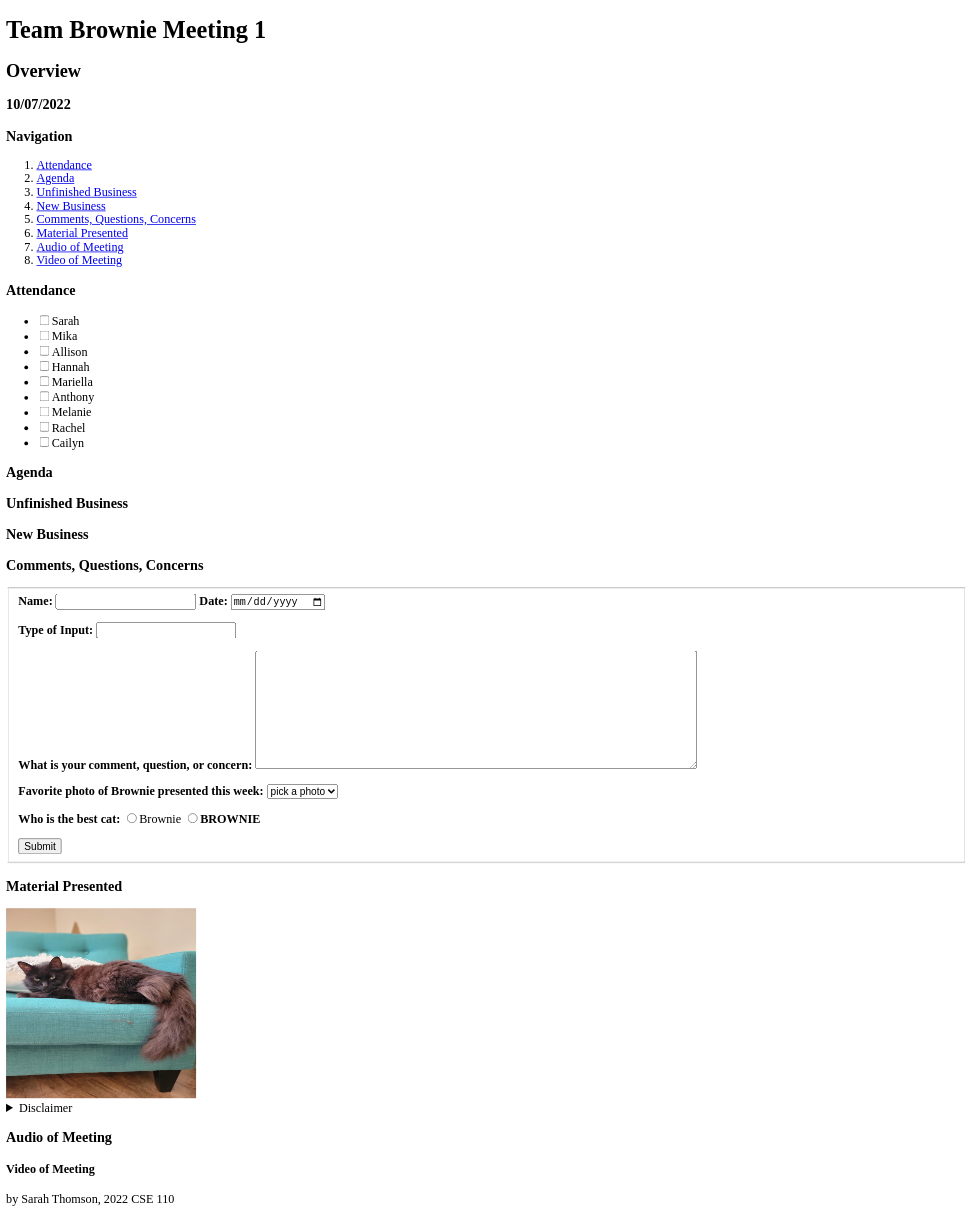
Repository: sarahtthomson/fa22-cse110-lab3
Page: index.html
These files come from the project's save history. The page is drawn as it stood at one moment and after the next save; the edit follows.
The browser window is 1280 px wide. The pictures show the whole page, at 76% of full size.

Above is the page before, as saved 2022-10-08 18:45:30.

### index.html
<!DOCTYPE html>
<html lang="en">
    <head>
        <Title>Team Brownie</Title>
        <meta name="description" content="Meeting minutes for Team Brownie">
        <link rel="icon" href="favicon.ico">
    </head>
    <body>
        <header>
            <h1>Team Brownie Meeting 1</h1>
            <h2>Overview</h2>
            <h3>10/07/2022</h3>
        </header>
        <main>
            <nav class="nav">
                <h3>Navigation</h4>
                <ol>
                    <li><a href="#Attendance" >Attendance</a></li>
                    <li><a href="#Agenda">Agenda</a></li>
                    <li><a href="#Unfinished">Unfinished Business</a></li>
                    <li><a href="#New">New Business</a></li>
                    <li><a href="#Comments">Comments, Questions, Concerns</a></li>
                    <li><a href="#Material">Material Presented</a></li>
                    <li><a href="#Audio">Audio of Meeting</a></li>
                    <li><a href="#Video">Video of Meeting</a></li>
                </ol>
            </nav>
            <div class="Attendance" id="Attendance">
                <h3>Attendance</h3>
                <ul>
                    <li><input type="checkbox">Sarah</li>
                    <li><input type="checkbox">Mika</li>
                    <li><input type="checkbox">Allison</li>
                    <li><input type="checkbox">Hannah</li>
                    <li><input type="checkbox">Mariella</li>
                    <li><input type="checkbox">Anthony</li>
                    <li><input type="checkbox">Melanie</li>
                    <li><input type="checkbox">Rachel</li>
                    <li><input type="checkbox">Cailyn</li>
                </ul>
            </div>
            <div class="Agenda" id="Agenda">
                <h3>Agenda</h3>

            </div>
            <div class="Unfinished" id="Unfinished">
                <h3>Unfinished Business</h3>
            </div>
            <div class="New" id="New">
                <h3>New Business</h3>
            </div>
            <div class="Comments" id="Comments">
                <h3>Comments, Questions, Concerns</h3>
                <form method="get" class="cqc" id="form">
                    <fieldset>
                        <label for="name"><b>Name:</b></label>
                        <input type="text" name="name" id="name">
                        <label for="date"><b>Date:</b></label>
                        <input type="date" name="date" id="date">
                        <p></p>
                        <label for="cqorc"><b>Type of Input:</b></label>
                        <input list="type-of-input" id="choice" name="choice">
                        <datalist id="type-of-input">
                            <option value="comment">
                            <option value="question">
                            <option value="concern">
                        </datalist>
                        <p></p>
                        <label for="textbox"><b>What is your comment, question, or concern:</b></label>
                        <textarea id="textbox" name="textbox" rows="10" cols="70"></textarea>
                        <p></p>
                        <label for="best-photo"><b>Favorite photo of Brownie presented this week:</b></label>
                        <select name="photos" id="photo-select">
                            <option value="">pick a photo</option>
                            <option value="a">a</option>
                            <option value="b">b</option>
                            <option value="c">c</option>
                            <option value="d">d</option>
                            <option value="e">e</option>
                        </select>
                        <p></p>
                        <label for="best"><b>Who is the best cat:</b></label>
                        <input type="radio" id="brownie" name="cat"><label for="brownie">Brownie</label>
                        <input type="radio" id="brownie!" name="cat"><label for="brownie!"><strong>BROWNIE</strong></label>
                        <p></p>
                        <button type="submit" form="form">Submit</button>
                    </fieldset>
                </form>
            </div>
            <div class="Material" id="Material">
                <h3>Material Presented</h3>
                <img height="250" width="250" src="cat.jpg">
                <details><summary>Disclaimer</summary>There are only 5 photos of the week because Brownie will not work on weekends</details>
            </div>
            <div class="Audio" id="Audio">
                <h3>Audio of Meeting</h3>
            </div>
            <div class="Video" id="Video">
                <h4>Video of Meeting</h4>
            </div>
        </main>
        <footer>
            <p>by Sarah Thomson, 2022 CSE 110</p>
        </footer>

    </body>
</html>

After the next save:
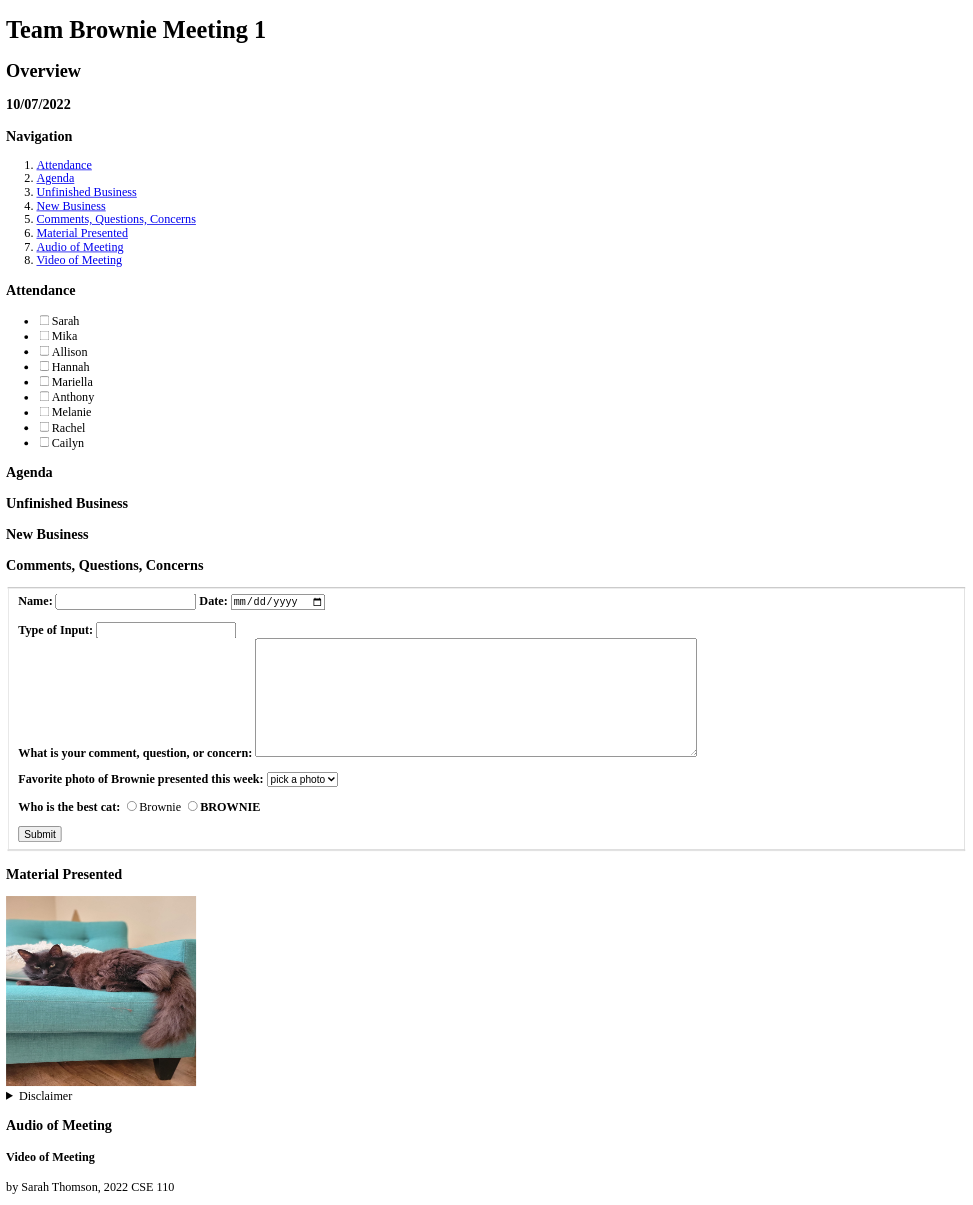
Saved 17 min 1 s later.
--- a/index.html
+++ b/index.html
@@ -65,7 +65,7 @@
                             <option value="question">
                             <option value="concern">
                         </datalist>
-                        <p></p>
+                        <br>
                         <label for="textbox"><b>What is your comment, question, or concern:</b></label>
                         <textarea id="textbox" name="textbox" rows="10" cols="70"></textarea>
                         <p></p>
